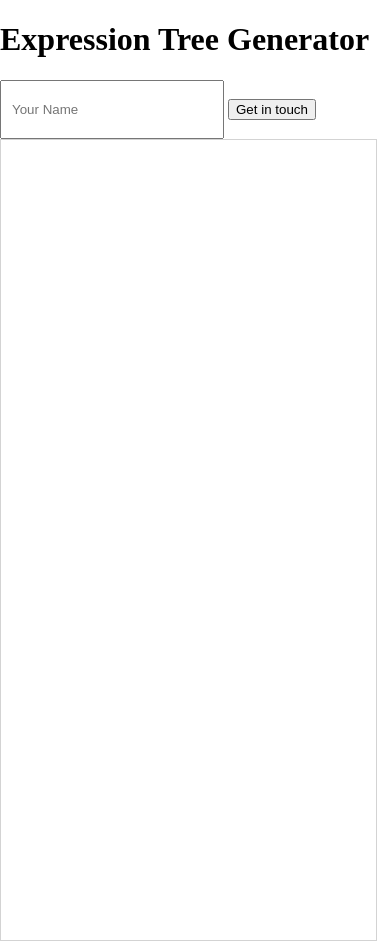
Repository: lnogueir/expression-tree-gen
Page: index.html
These files come from the project's save history. The page is drawn as it stood at one moment and after the next save; the edit follows.
The browser window is 375 px wide. The page is 377 px wide, so the pictures cover 377 px, including what lies to the right of the window. The pictures show the whole page.

Above is the page before, as saved 2020-03-15 18:49:30.

### index.html
<!DOCTYPE html>
<html lang="en">

<head>
    <meta charset="UTF-8">
    <meta name="viewport" content="width=device-width, initial-scale=1.0">
    <title>Canvas</title>
    <link rel="stylesheet" href="app.css">
</head>

<body>

    <div class="contact-section">
        <div class="inner-width">
          <h1>Expression Tree Generator</h1>
          <input type="text" class="name" placeholder="Your Name">
          <button>Get in touch</button>
        </div>
      </div>

    <div id="canvas-container">
        <canvas></canvas>
    </div>
</body>
<script src="https://ajax.googleapis.com/ajax/libs/jquery/3.4.1/jquery.min.js"></script>
<script src="https://cdnjs.cloudflare.com/ajax/libs/mathjs/6.6.1/math.min.js"></script>
<script src="tree.js"></script>
<script src="infixToPostfix.js"></script>
<script src="canvas.js"></script>

</html>

### app.css
body{
    margin:0;
}

.input-container{
    display: flex;
    justify-content: flex-start;
    margin: 10px;
}

.input-container > *{
    margin-right: 10px;
}

button{
    cursor: pointer;
}

input{
    padding: 10px;
    height: 35px;
    width: 200px;
}

#canvas-container{
    height: 100vh;
    width: 100%;
}

canvas{
    border: 1px solid lightgray;
}

### tree.js
function Node(value) {
    const radius = 32.5
    this.value = value;
    this.x = null;
    this.y = null;
    this.right = null;
    this.left = null;

    this.isLeaf = () => this.right == null && this.left == null;

    this.drawEdge = function (context, x, y, left_way) {
        context.strokeStyle = 'gray';
        context.beginPath()
        const x_y_ratio = Math.abs(this.y - y) / Math.abs(this.x - x)
        const w = radius * Math.sqrt(1 / (1 + Math.pow(x_y_ratio, 2)))
        const d = x_y_ratio * w
        if (left_way) {
            context.moveTo(this.x - w, this.y + d)
            context.lineTo(x + w, y - d)
        } else {
            context.moveTo(this.x + w, this.y + d)
            context.lineTo(x - w, y - d)
        }

        context.stroke()
    }

    this.draw = function (context) {
        context.beginPath()
        context.arc(this.x, this.y, radius, 0, Math.PI * 2, false)
        context.fillStyle = 'rgba(255, 255, 255, 0.5)'
        context.fill()
        context.strokeStyle = 'black'
        context.stroke()
        context.font = '25px Times New Roman'
        context.textAlign = 'center'
        context.textBaseline = 'middle'
        context.fillStyle = "black";
        context.fillText(this.value, this.x, this.y);
    }
}

function constructTree(postfix) {
    const OPERATORS = ['*', '/', '-', '+']
    var stack = []
    var root = null;
    var current;
    var shift = false;
    for (var i = postfix.length - 1; i >= 0; i--) {
        if (null === root) {
            current = new Node(postfix[i]);
            root = current;
        } else {
            if (shift) {
                current.left = new Node(postfix[i])
                current = current.left
                shift = false
            } else {
                current.right = new Node(postfix[i])
                current = current.right
            }
        }
        if (OPERATORS.includes(postfix[i])) {
            stack.push(current);
        } else {
            current = stack.pop();
            shift = true
        }
    }
    return root;
}

function getSize(root) {
    var size = 0
    function countSize(root) {
        if (null != root) {
            size++;
            countSize(root.left)
            countSize(root.right)
        }
    }
    countSize(root);
    return size;
}

function print_coords(root) {
    if (null != root) {
        print_coords(root.left)
        console.log(root.value, root.x, root.y)
        print_coords(root.right)
    }
}

function setCoordinates(root) {
    var i = 0
    const OFFSET = 50
    const size = getSize(root)
    const canvas_mid_point = window.innerWidth / 2;
    function setCoordinates(subt, depth) {
        if (null != subt) {
            setCoordinates(subt.left, depth + 1)
            subt.x = canvas_mid_point + (OFFSET * (i - size / 2))
            subt.y = OFFSET + (depth * 1.5 * OFFSET)
            i++
            setCoordinates(subt.right, depth + 1)
        }
    }
    setCoordinates(root, 0)
}

function drawTree(root, context) {
    if (null != root) {
        root.draw(context)
        if (null != root.left) {
            root.drawEdge(context, root.left.x, root.left.y, true);
        }
        drawTree(root.left, context)
        if (null != root.right) {
            root.drawEdge(context, root.right.x, root.right.y, false)
        }
        drawTree(root.right, context)
    }
}

### infixToPostfix.js
function isBracketed(expr) {
  var stack = []
  for (var i = 0; i < expr.length; i++) {
    if ('(' === expr[i]) {
      stack.push('(')
    } else if (')' === expr[i]) {
      stack.pop()
      if (stack.length === 0) {
        if (i !== expr.length - 1) {
          return false
        } else {
          return true
        }
      }
    }
  }
  return false;
}

function isValidExpression(expr) {
  if (expr.length < 3) {
    return false;
  }
  for (var i = 0; i < expr.length; i++) {
    if ('abcdefghijklmnopqrstuvwxyz*()/+-'.indexOf(expr[i]) === -1) {
      return false;
    }
  }
  try {
    while ("(" === expr[0] && ")" === expr[expr.length - 1]) {
      if (isBracketed(expr)) {
        expr = expr.substring(1, expr.length - 1);
      } else break;
    }
    var res = math.parse(expr);
    if ((typeof res.implicit === 'undefined') || res.fn.indexOf('unary') !== -1) {
      return false;
    }
    return true;
  }
  catch (ex) {
    return false;
  }
}

function infixToPostfix(expression) {
  if (!isValidExpression(expression)) {
    return null;
  }
  const prec = { "*": 3, "/": 3, "-": 2, "+": 2, "(": 1 }
  op_stack = []
  postfixList = []
  tokens = expression.split('')
  for (const token of tokens) {
    if ("abcdefghijklmnopqrstuvwxyz".indexOf(token) !== -1) {
      postfixList.push(token)
    } else if ("(" === token) {
      op_stack.push(token)
    } else if (")" === token) {
      var top_op_token = op_stack.pop()
      while (top_op_token !== '(') {
        postfixList.push(top_op_token)
        top_op_token = op_stack.pop()
      }
    } else {
      var peek_elem = op_stack.slice(-1)[0];
      while (op_stack.length > 0 && (prec[peek_elem] >= prec[token])) {
        postfixList.push(op_stack.pop())
        peek_elem = op_stack.slice(-1)[0];
      }
      op_stack.push(token)
    }
  }
  while (op_stack.length > 0) {
    postfixList.push(op_stack.pop())
  }
  return postfixList
}

### canvas.js
var canvas = document.querySelector('canvas')

canvas.height = document.getElementById('canvas-container').offsetHeight;
canvas.width = document.getElementById('canvas-container').offsetWidth;

var c = canvas.getContext('2d')

$('#generate-tree').click(() => {
    var expression = $('#expression-input').val()
    if (typeof expression !== 'undefined' && null != expression) {
        expression = expression.replace(/\s+/g, '')
        expression = expression.toLowerCase()
        var postfix = infixToPostfix(expression);
        if (null !== postfix) {
            var root = constructTree(postfix)
            setCoordinates(root)
            c.clearRect(0, 0, canvas.width, canvas.height);
            drawTree(root, c)
        } else {
            alert('Enter valid expression')
        }

    } else {
        alert('Enter valid expression')
    }
})

After the next save:
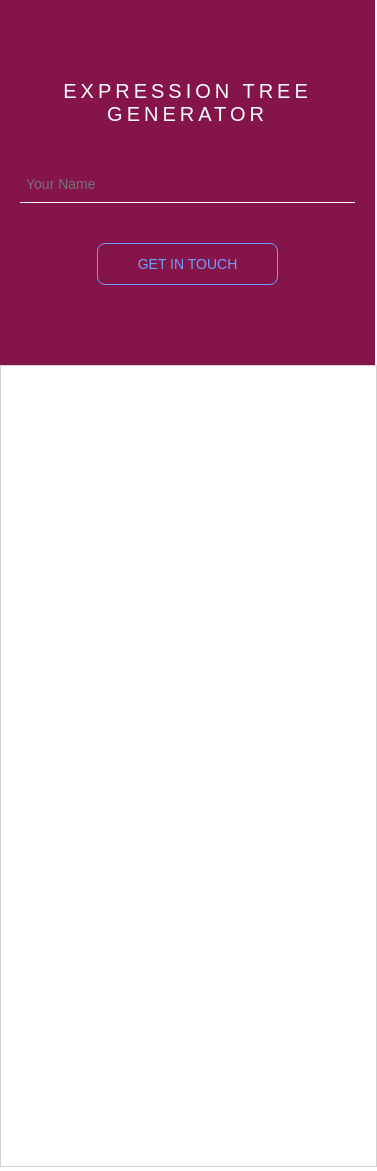
Saved 3 s later.
--- a/app.css
+++ b/app.css
@@ -1,26 +1,71 @@
-body{
-    margin:0;
-}
+*{
+    margin: 0;
+    padding: 0;
+    box-sizing: border-box;
+    font-family: "montserrat",sans-serif;
+  }
+  .contact-section{
+    background: #85144b;
+    padding: 80px 0;
+    text-align: center;
+  }
 
-.input-container{
-    display: flex;
-    justify-content: flex-start;
-    margin: 10px;
-}
+  .inner-width{
+    max-width: 600px;
+    margin: auto;
+    padding: 0 20px;
+  }
 
-.input-container > *{
-    margin-right: 10px;
-}
+  .contact-section h1{
+    font-size: 20px;
+    color: #FFF;
+    margin-bottom: 40px;
+    text-transform: uppercase;
+    letter-spacing: 4px;
+    font-weight: 400;
+  }
 
-button{
+  .name,.email,.message{
+    background: none;
+    border:none;
+    outline: none;
+    border-bottom: 1px solid;
+    color: #FFF;
+    padding: 10px 6px;
+    font-size: 14px;
+    margin-bottom: 40px;
+  }
+
+  .name{
+    float: center;
+    width: 540px;
+  }
+
+
+  .contact-section button{
+      outline: none;
+    background: none;
+    color: #70a1ff;
+    border: 1px solid #70a1ff;
+    padding: 12px 40px;
+    border-radius: 8px;
+    text-transform: uppercase;
+    font-size: 14px;
+    transition: 0.4s linear;
     cursor: pointer;
-}
+  }
 
-input{
-    padding: 10px;
-    height: 35px;
-    width: 200px;
-}
+  .contact-section button:hover{
+    background: #70a1ff;
+    color: #fff;
+  }
+
+
+  @media screen and (max-width:600px){
+    .name,.email{
+      width: 100%;
+    }
+  }
 
 #canvas-container{
     height: 100vh;
